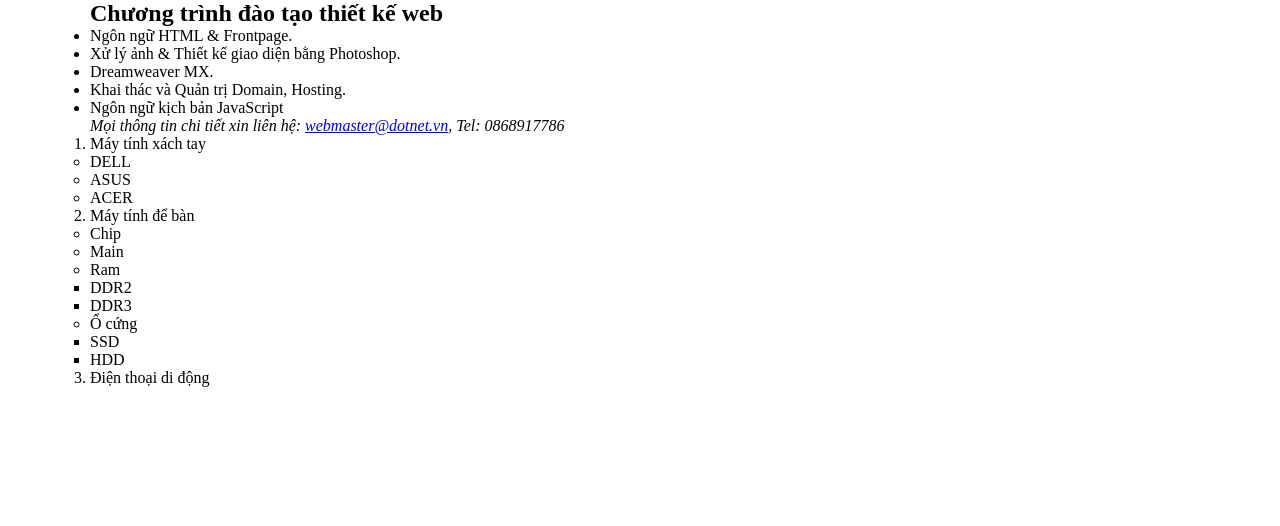
Repository: tuiladev/TKW
Page: ListTag/index.html
These files come from the project's save history. The page is drawn as it stood at one moment and after the next save; the edit follows.
The browser window is 1280 px wide. The pictures show the whole page.

Above is the page before, as saved 2022-03-15 22:57:07.

### ListTag/index.html
<!DOCTYPE html>
<html lang="en">
  <head>
    <meta charset="UTF-8" />
    <meta http-equiv="X-UA-Compatible" content="IE=edge" />
    <meta name="viewport" content="width=device-width, initial-scale=1.0" />
    <title>21115053120156 _ Đặng Văn Trung</title>
    <style>
      * {
        margin: 0;
        padding: 0;
        box-sizing: border-box;
      }
      .wrapper {
        max-width: 1100px;
        margin: 0 auto;
        font-size: 16px;
      }
    </style>
  </head>
  <body>
    <div class="wrapper">
      <main>
        <section class="program">
          <h2 class="program__title">Chương trình đào tạo thiết kế web</h2>
          <ul class="program__list">
            <li class="program__item">Ngôn ngữ HTML & Frontpage.</li>
            <li class="program__item">
              Xử lý ảnh & Thiết kế giao diện bằng Photoshop.
            </li>
            <li class="program__item">Dreamweaver MX.</li>
            <li class="program__item">
              Khai thác và Quản trị Domain, Hosting.
            </li>
            <li class="program__item">Ngôn ngữ kịch bản JavaScript</li>
          </ul>
          <em class="program__info">
            Mọi thông tin chi tiết xin liên hệ:
            <a class="program__link" href="mailto:webmaster@dotnet.vn"
              >webmaster@dotnet.vn</a
            >, Tel: 0868917786</em
          >
        </section>
        <section class="product">
          <ol class="product__category">
            <li class="product__name">
              Máy tính xách tay
              <ul class="product__list">
                <li class="product__item">DELL</li>
                <li class="product__item">ASUS</li>
                <li class="product__item">ACER</li>
              </ul>
            </li>
            <li class="product__name">
              Máy tính để bàn
              <ul class="product__list">
                <li class="product__item">Chip</li>
                <li class="product__item">Main</li>
                <li class="product__item">
                  Ram
                  <ul class="product__list">
                    <li class="product__item">DDR2</li>
                    <li class="product__item">DDR3</li>
                  </ul>
                </li>
                <li class="product__item">
                  Ổ cứng
                  <ul class="product__list">
                    <li class="product__item">SSD</li>
                    <li class="product__item">HDD</li>
                  </ul>
                </li>
              </ul>
            </li>
            <li class="product__name">Điện thoại di động</li>
          </ol>
        </section>
      </main>
    </div>
  </body>
</html>

After the next save:
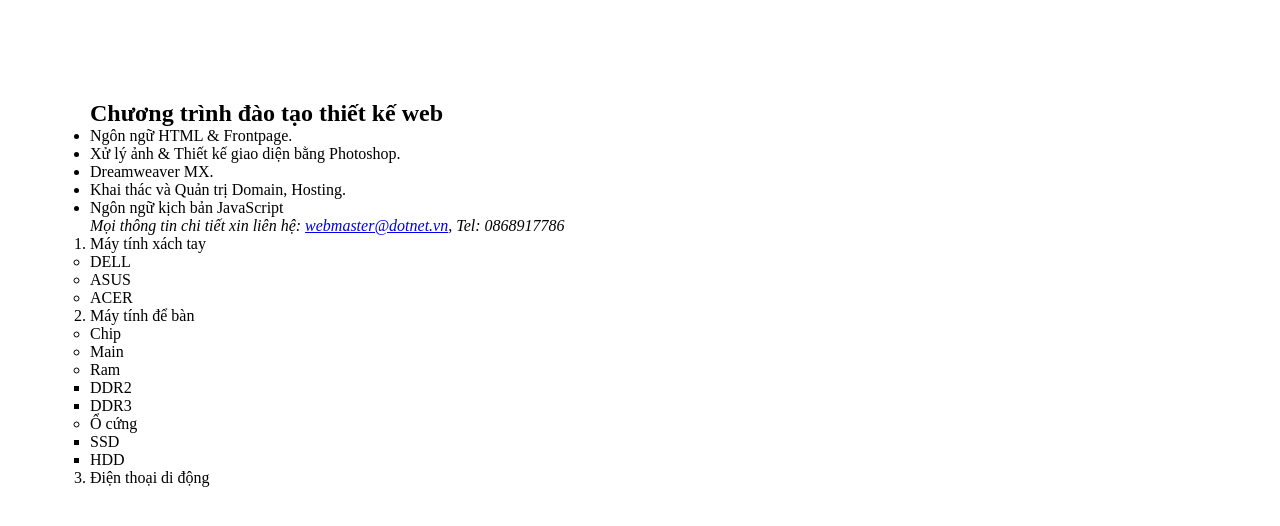
Saved 5 s later.
--- a/ListTag/index.html
+++ b/ListTag/index.html
@@ -13,7 +13,7 @@
       }
       .wrapper {
         max-width: 1100px;
-        margin: 0 auto;
+        margin: 100px auto;
         font-size: 16px;
       }
     </style>

After the save that followed:
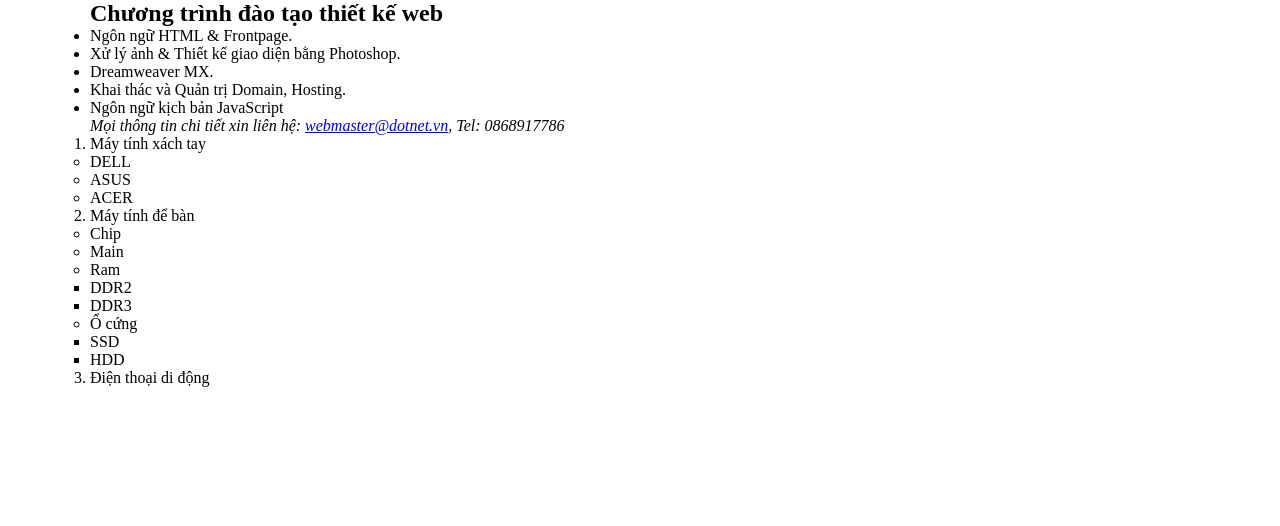
Saved 5 s later.
--- a/ListTag/index.html
+++ b/ListTag/index.html
@@ -13,7 +13,7 @@
       }
       .wrapper {
         max-width: 1100px;
-        margin: 100px auto;
+        margin: auto;
         font-size: 16px;
       }
     </style>
